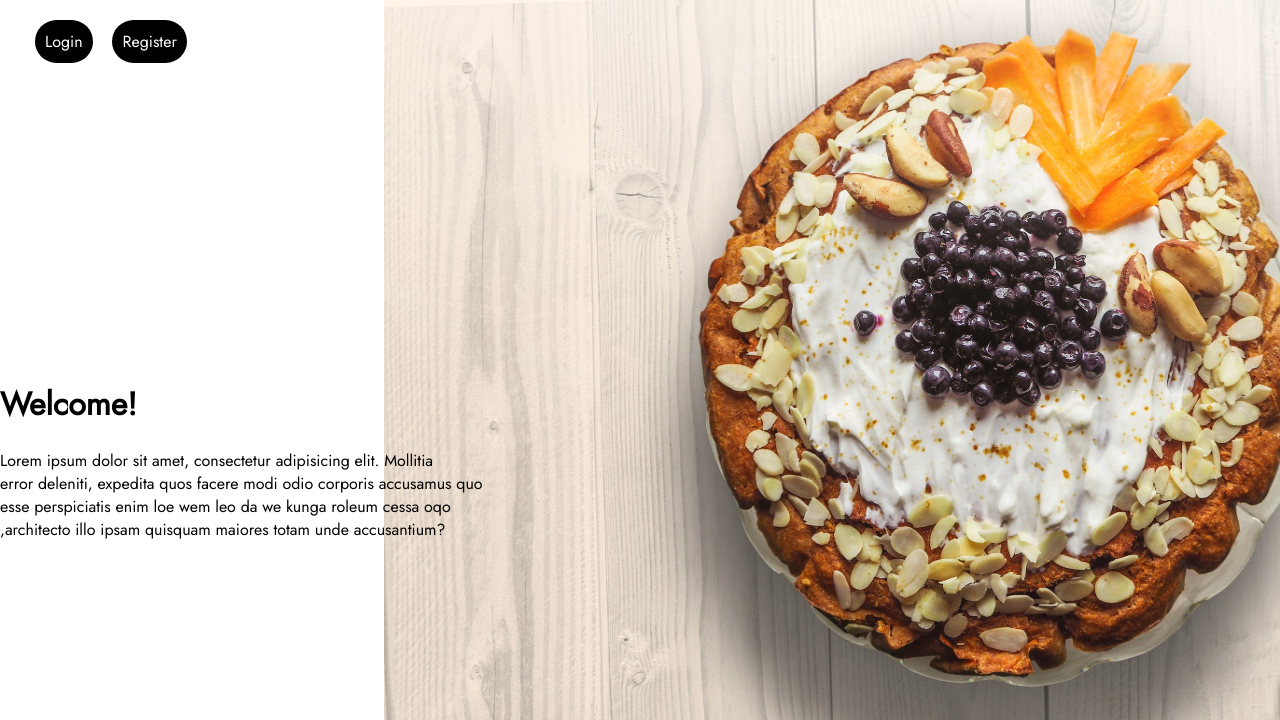
Repository: PatryxB/recipeCook
Page: http://localhost/
The author's editor kept a copy of each file at every save. The page is drawn from the files as they stood at one save, then again after the next save.
The browser window is 1280 px wide. The pictures show the whole page.
The page is served by the project's Laravel application, run on PHP 8.4 with Laravel 8. Style sheets and scripts are compiled from the project's sources, by tool versions that may differ from the author's.

Above is the page before, as saved 2020-05-02 11:27:20.

After the next save:
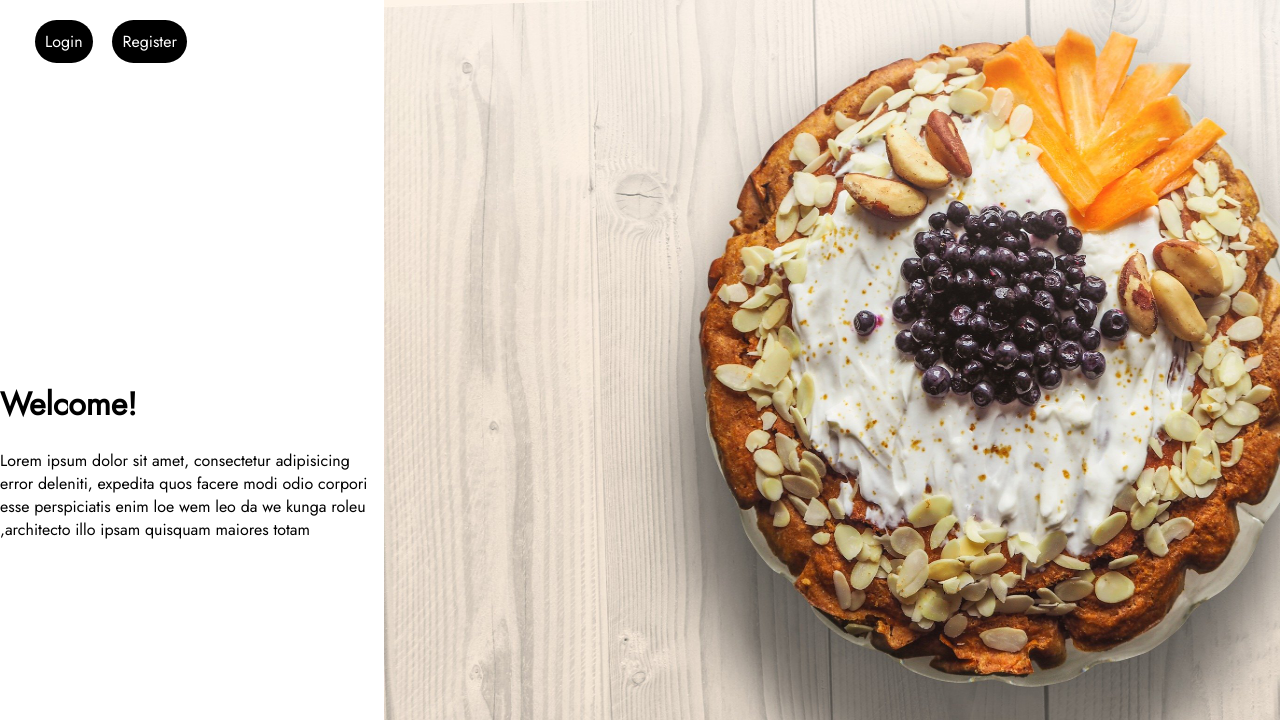
Saved 24 s later.
--- a/resources/views/welcome.blade.php
+++ b/resources/views/welcome.blade.php
@@ -20,10 +20,10 @@
             <div class="info">
                 <div class="text">
                     <h1>Welcome!</h1>
-                    <p>Lorem ipsum dolor sit amet, consectetur adipisicing elit. Mollitia <br>
-                    error deleniti, expedita quos facere modi odio corporis accusamus quo <br>
-                    esse perspiciatis enim loe wem leo da we kunga roleum cessa oqo <br>
-                    ,architecto illo ipsam quisquam maiores totam unde accusantium?</p>
+                    <p>Lorem ipsum dolor sit amet, consectetur adipisicing <br>
+                    error deleniti, expedita quos facere modi odio corpori <br>
+                    esse perspiciatis enim loe wem leo da we kunga roleu <br>
+                    ,architecto illo ipsam quisquam maiores totam </p>
                 </div>
             </div>
         </div>
